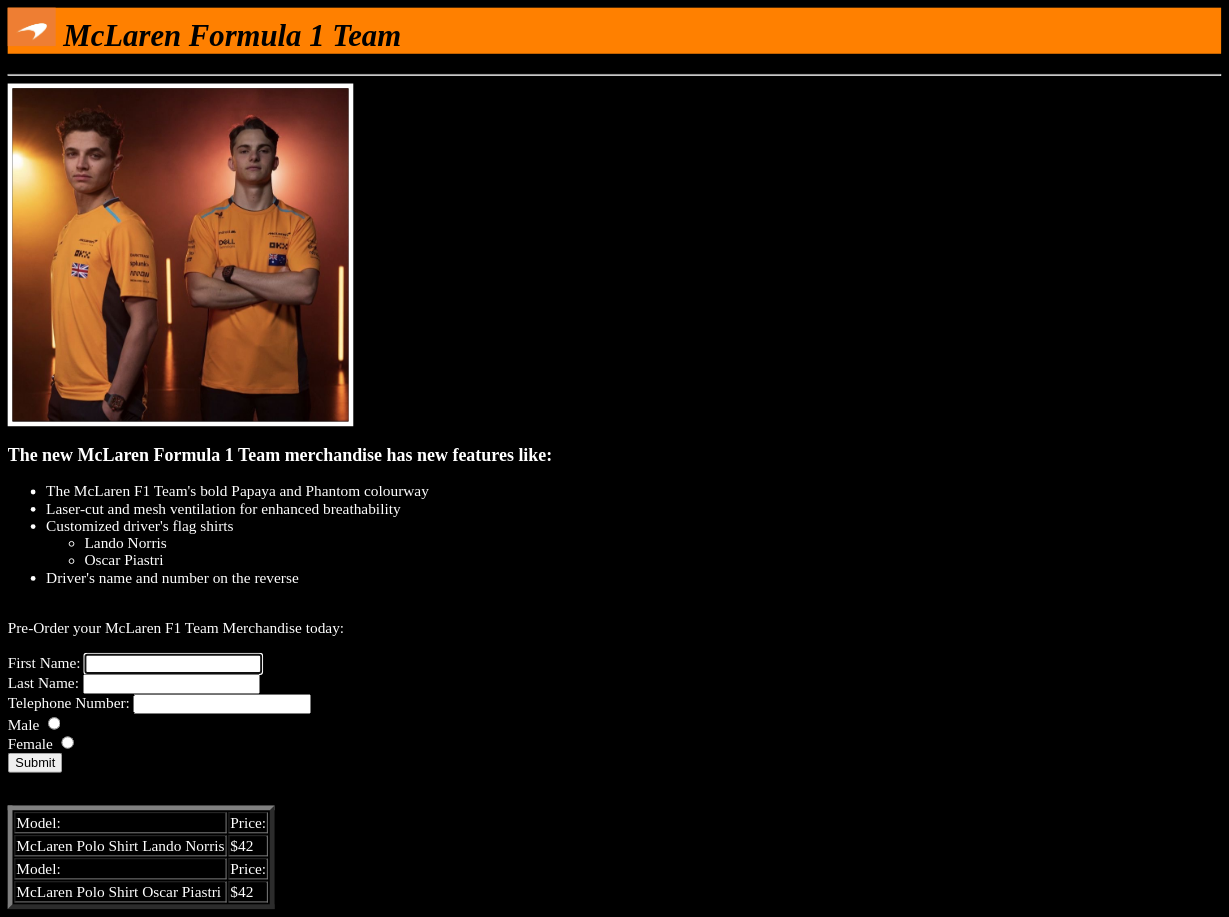
Repository: nvera007/nicolevera-resume
Page: Lab1/Index.html
The author's editor kept a record of every edit. The page is drawn from the files as they stood at one moment, then again after the next edit.
The browser window is 1280 px wide. The pictures show the whole page, at 96% of full size.

Above is the page before.

After the next edit:
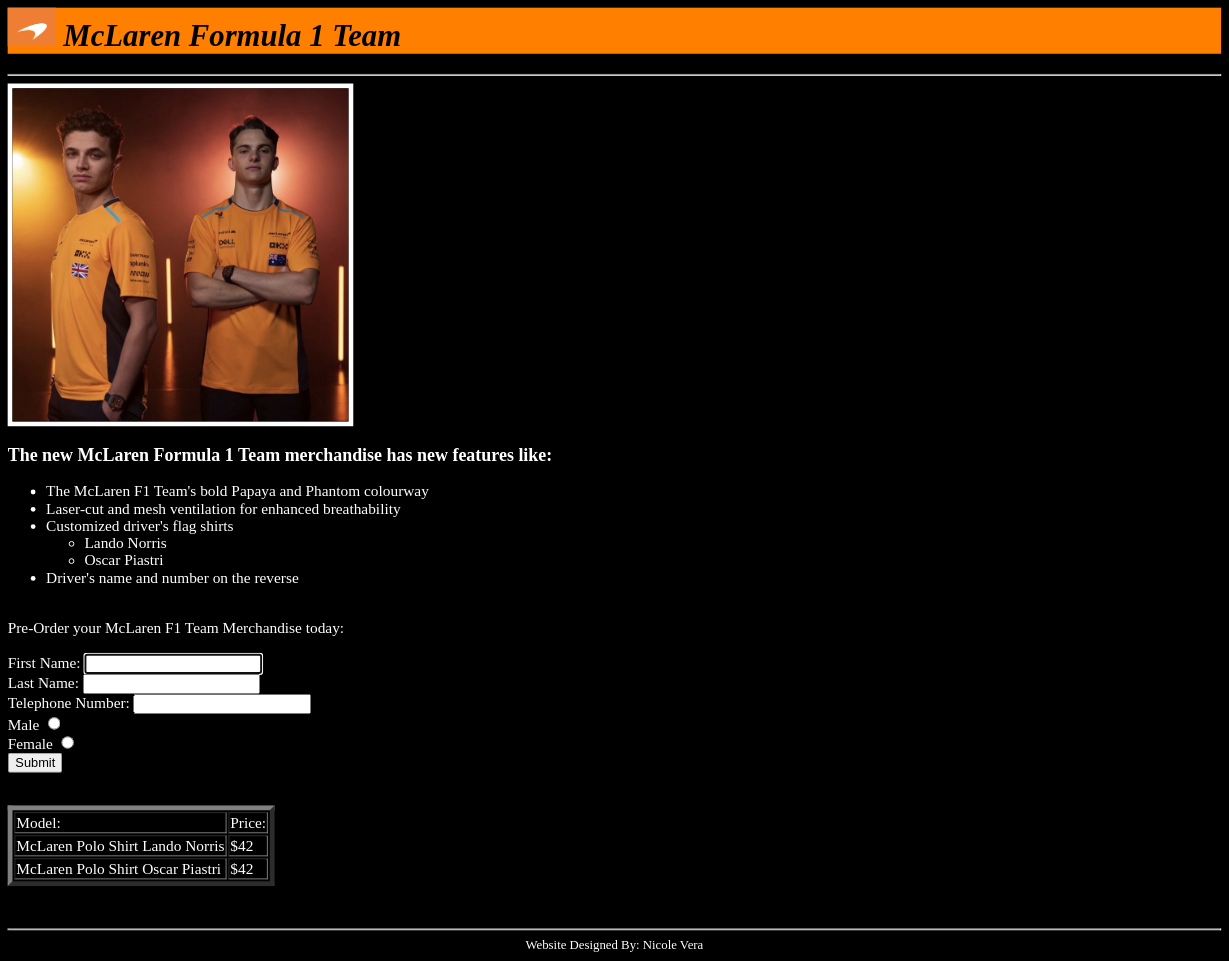
The edit:
--- a/Lab1/Index.html
+++ b/Lab1/Index.html
@@ -57,12 +57,19 @@
 </tr>
 <td>McLaren Polo Shirt Lando Norris</td>
 <td>$42</td>
-<tr>
-    <td>Model:</td>
-    <td>Price:</td>
 </tr>
 <td>McLaren Polo Shirt Oscar Piastri</td>
 <td>$42</td>
 </table>
+<br>
+<br>
+<hr/>
+<footer>
+<small>
+<center>
+Website Designed By: Nicole Vera
+</center>
+</small>
+</footer>
 </body>
 </html>
